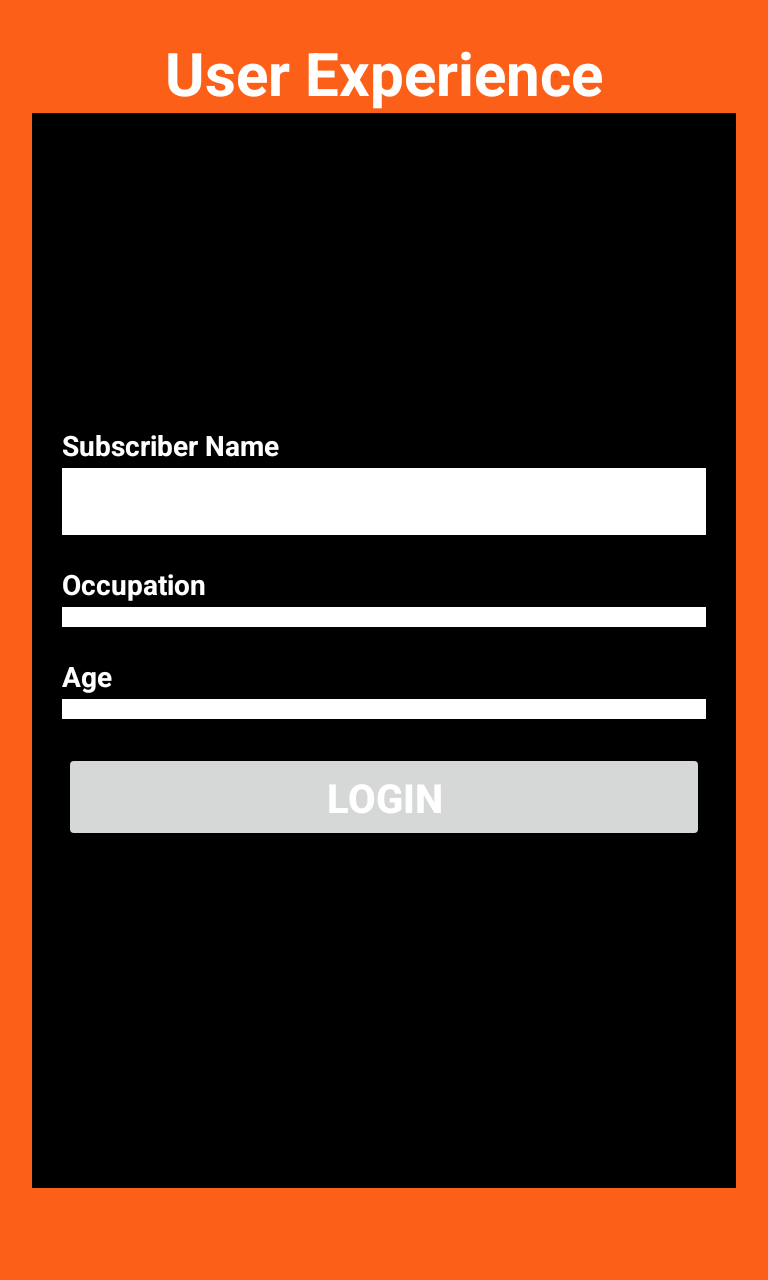
Repository: MushfiqurRahman/BLink3gApp
Layout: 3gExperience/res/layout/fragment_survey.xml
An editor plug-in stored every save of this project. The layout is shown before and after the next save, followed by the edit.
It is drawn on a 768 x 1280 px phone screen (xhdpi) without system bars, with theme AppTheme; the app's code is not run.

Above is the layout before, as saved 2014-05-20 18:01:26.

After the next save:
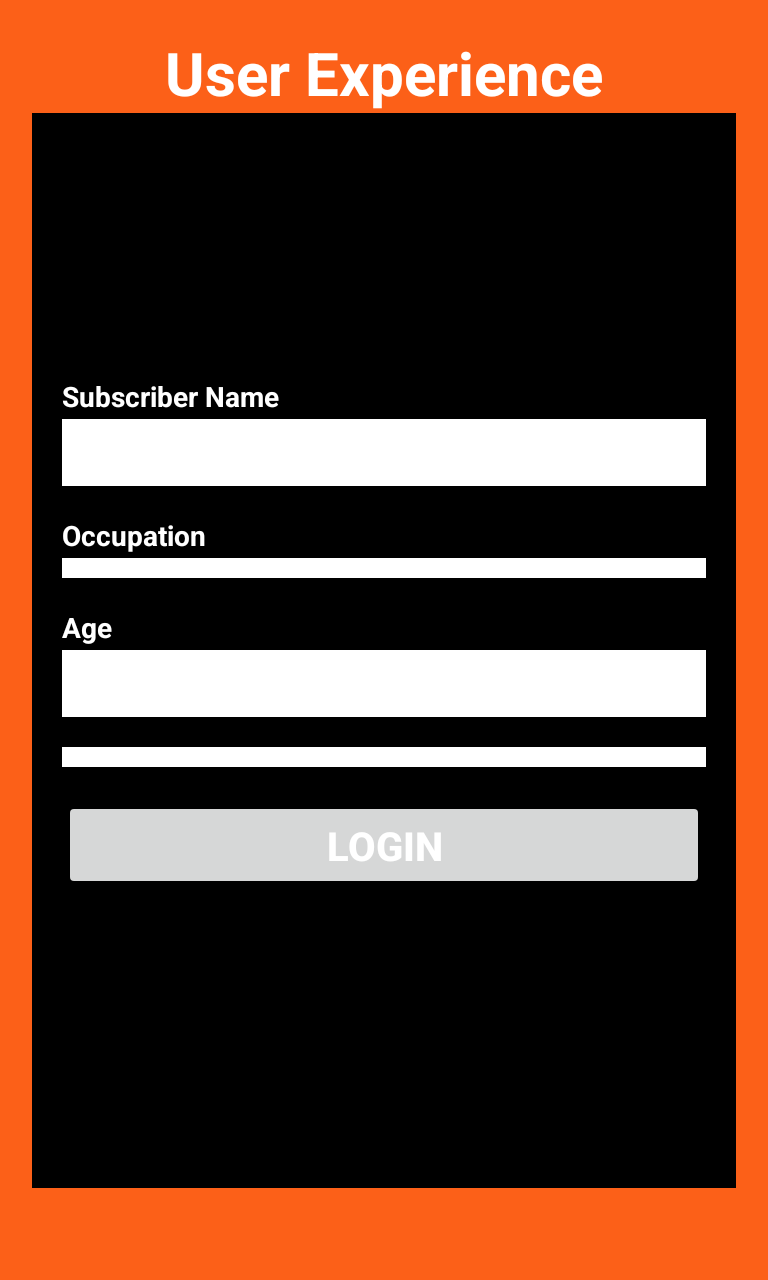
Saved 70 s later.
--- a/3gExperience/res/layout/fragment_survey.xml
+++ b/3gExperience/res/layout/fragment_survey.xml
@@ -113,6 +113,15 @@
                 android:textColor="#FFFFFF"
                 android:textStyle="bold" />
         </LinearLayout>
+        <EditText
+            android:id="@+id/edtAge"
+            android:layout_width="match_parent"
+            android:layout_height="wrap_content"
+            android:layout_marginBottom="15dp"
+            android:ems="10"
+            android:inputType="number"
+            android:background="#FFFFFF"
+            android:textSize="25sp" />
 
         <Spinner
             android:id="@+id/spnCompany"
